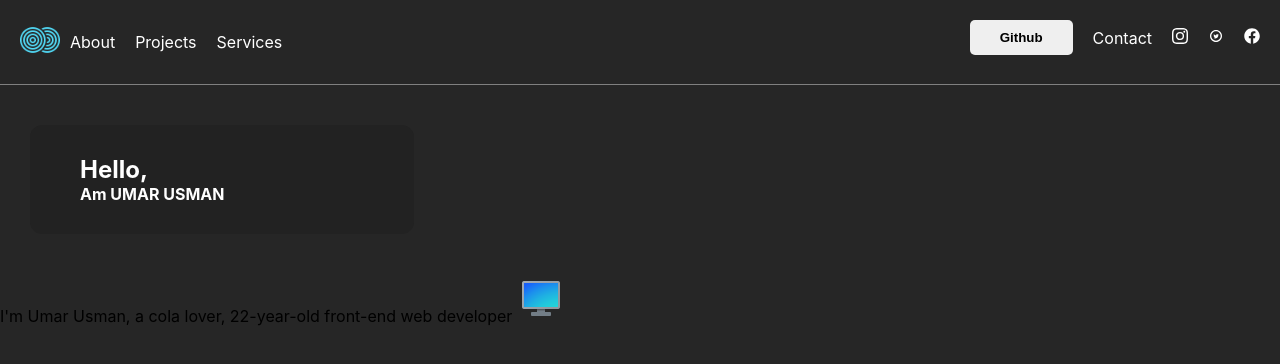
Repository: uh-sman/Portfolio
Page: /
The author's editor kept a copy of each file at every save. The page is drawn from the files as they stood at one save, then again after the next save.
The browser window is 1280 px wide. The pictures show the whole page.
The project was rebuilt for these pictures with package versions that can differ from the ones it lists, and the page was loaded fresh each time. Also part of the build but not shown: src/components/repositories.css, src/components/repositories.js, src/components/RepositoriesCard.jsx, src/components/projects.css, src/components/Projects.jsx, src/components/Services.jsx.

Above is the page before, as saved 2022-11-18 23:41:44.

### src/index.js
import React from "react";
import ReactDOM from "react-dom/client";
import { BrowserRouter } from "react-router-dom";
import "./index.css";
import App from "./App";

const root = ReactDOM.createRoot(document.getElementById("root"));
root.render(
  <BrowserRouter>
    <React.StrictMode>
      <App />
    </React.StrictMode>
  </BrowserRouter>
);

### src/App.js
import "./App.css";
import { Index } from "./components/index";
import { Route, Routes } from "react-router-dom";
import About from "./components/About";
import "animate.css";
import Projects from "./components/Projects";
import Services from "./components/Services";
// import Services from "./components/Services";
function App() {
  return (
    <div className="App">
      <Index />
      <Routes>
        <Route path="/" element={<About />} />
        <Route path="/projects" element={<Projects />} />
        <Route path="/services" element={<Services />} />
      </Routes>
    </div>
  );
}

export default App;

### src/App.css
* {
  margin: 0px;
  padding: 0px;
  box-sizing: border-box;
  text-decoration: none;
  list-style: none;
}
body {
  /* background: rgb(2, 0, 36);
  background: linear-gradient(
    90deg,
    rgba(2, 0, 36, 1) 0%,
    rgba(4, 14, 33, 1) 90%,
    rgba(5, 52, 61, 1) 100%
  ); */
  background: #262626;
}

### src/components/index.js
import React from "react";
import { Navbar } from "./Navbar";
import { Route, Routes } from "react-router-dom";
export const Index = () => {
  return (
    <div>
      <Navbar />
    </div>
  );
};

### src/components/About.jsx
import React from "react";
import monitor from "../assets/monitor.png";
import "./about.css";
import RepositoriesCard from "./RepositoriesCard";
const About = () => {
  return (
    <div>
      <div className="">
        <div className="introduction">
          <h2>Hello,</h2>
          <h4>Am UMAR USMAN</h4>
        </div>
        <div className="about-myself">
          <p>
            I'm Umar Usman, a cola lover, 22-year-old front-end web developer{" "}
            <img src={monitor} />{" "}
          </p>
        </div>
      </div>
    </div>
  );
};

export default About;

### src/components/Navbar.jsx
import React, { useState } from "react";
import { Link } from "react-router-dom";
import logo from "../assets/ico.png";
import "./navbar.css";
import { Profile } from "./Profile";
export const Navbar = () => {
  const [active, isActive] = useState(false);
  // Get the container element
  // const activeLink = document.querySelector("nav-list");
  // const style = {
  //   backgroundColor: "red",
  //   width: "100%",
  //   height: "100%",
  // };
  // Get all buttons with class="btn" inside the container
  // const btnActive = activeLink.getElementsByClassName("btn");
  // Loop through the buttons and add the active class to the current/clicked button
  // for (var i = 0; i < btnActive.length; i++) {
  //   btnActive[i].addEventListener("click", function () {
  //     var currentMode = document.getElementsByClassName("active");
  //     currentMode[0].className = currentMode[0].className.replace("active", "");
  //     this.className += "active";
  //   });
  // }
  // activeLink.addEventListener()
  return (
    <div>
      <nav className="navbar-container">
        <div className="navbar">
          <div className="navbar-nav">
            <div>
              <a>
                <img src={logo} className="logo" />
              </a>
            </div>
            <ul className="nav-list">
              <Link to="/">
                <a href="">About</a>
              </Link>
              <Link to="/projects">
                <a href="">Projects</a>
              </Link>
              <Link to="/services" className="btn">
                <a href="">Services</a>
              </Link>
            </ul>
          </div>
          <div>
            <Profile />
          </div>
        </div>
      </nav>
    </div>
  );
};

### src/components/about.css
.introduction {
  margin: 40px 30px;
  color: white;
  border-radius: 12px;
  display: flex;
  flex-direction: column;
  width: 30%;
  background: #222222;
  padding: 30px 50px;
}
.about-myself {
}

### src/components/navbar.css
.nav-list {
  display: flex;
  align-items: center;
  gap: 20px;
}
.nav-list a {
  color: white;
}
.navbar {
  margin: 20px 20px;
  display: flex;
  justify-content: space-between;
}
.navbar-nav {
  display: flex;
  gap: 10px;
}
.logo {
  width: 40px;
  height: 40px;
  color: white;
}
.navbar-container {
  border-bottom: 0.5px solid gray;
}
/* .btn {
  border: transparent;
  outline: none;
  background: rgba(2, 0, 36, 1) 0%;
} */
/* .active, */
/* .btnSelect:hover {
  border: none;
  border-bottom: 1px solid lightblue;
  cursor: pointer;
} */

@media only screen and (min-width: 200px) and (max-width: 950px) {
  .nav-list {
    display: none;
  }
}

### src/components/Profile.js
import React, { useState } from "react";
import { SiFacebook } from "react-icons/si";
import { FaWhatsapp, FaFacebook, FaRegWindowClose } from "react-icons/fa";
import { TiSocialTwitterCircular } from "react-icons/ti";
import { Link } from "react-router-dom";
import { BsInstagram } from "react-icons/bs";
import burger from "../assets/burger-menu.png";
import close from "../assets/icons8.png";

import "animate.css";
import "./profile.css";
export const Profile = () => {
  const [isActive, setIsActive] = useState(false);

  return (
    <div>
      <div>
        <section className="profile-section ">
          <button className="button">
            <a>Github</a>
          </button>
          <a>Contact</a>
          <a>
            <BsInstagram />
          </a>
          <a>
            <TiSocialTwitterCircular />
          </a>
          <a>
            <FaFacebook />
          </a>
        </section>
        {isActive ? (
          <div className="sidebar-container">
            <div>
              <FaRegWindowClose
                className="close"
                onClick={() => setIsActive(!isActive)}
              />
              {/* <img src={close} /> */}
            </div>
            <section className="sidebar-section ">
              <ul className="links">
                <Link to="/">
                  <a href="">About</a>
                </Link>
                <Link to="/projects">
                  <a href="">Projects</a>
                </Link>
                <Link to="/services">
                  <a href="">Services</a>
                </Link>
                <button className="button">
                  <a className="link">Github</a>
                </button>
                <a>Contact</a>
              </ul>
              <ul className="link-icons">
                <a>
                  <BsInstagram className="instagram" />
                </a>
                <a>
                  <TiSocialTwitterCircular className="twitter" />
                </a>
                <a>
                  <FaFacebook className="facebook" />
                </a>
              </ul>
            </section>
          </div>
        ) : (
          <div>
            <img
              src={burger}
              className="burger-menu"
              onClick={() => setIsActive(!isActive)}
            />
          </div>
        )}
      </div>
    </div>
  );
};

### src/components/profile.css
.profile-section {
  display: flex;
  gap: 20px;
  align-items: center;
  color: white;
}
.links {
  display: flex;
  flex-direction: column;
  /* display: flex; */
  align-items: center;
  gap: 20px;
}
.links a {
  color: white;
}
.sidebar-container {
  display: inline-block;
  /* margin: 0 0.5rem; */
  animation: slideInRight 2s;
  /* animation-duration: 2s; */

  height: 100%;
  width: 40%;
  top: 0px;
  right: 0px;
  background-color: #222222;
  position: absolute;
}
.burger-menu {
  width: 30px;
  height: 30px;
}
.close {
  color: white;
  width: 30px;
  height: 30px;
}
.button {
  padding: 10px 30px;
  box-shadow: gray;
  border: none;
  font-weight: 700;
  border-radius: 5px;
}
.button a {
  color: black;
}
.link-icons {
  margin-top: 20px;
  display: flex;
  align-items: center;
  gap: 10px;
}
.instagram {
  font-size: 20px;
}
.facebook {
  font-size: 20px;
}
.twitter {
  font-size: 30px;
}

@media only screen and (min-width: 200px) and (max-width: 950px) {
  .profile-section {
    display: none;
  }
}
@media only screen and (min-width: 950px) {
  .burger-menu {
    display: none;
  }
}
.sidebar-section {
  margin-top: 40%;
  justify-content: center;
  display: flex;
  flex-direction: column;
  align-items: center;
  color: white;
}
/* animate__slideInRight */

Loaded but not shown: public/index.html (common file); src/index.css (common file)

After the next save:
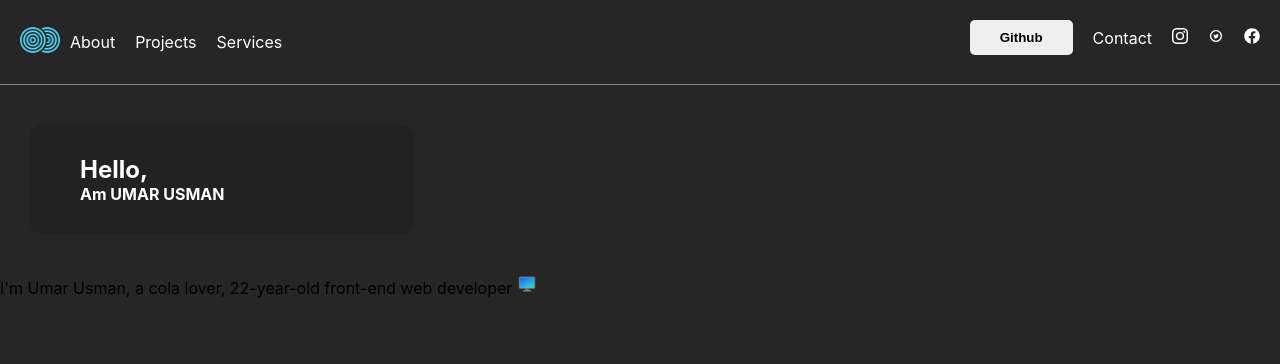
Saved 74 s later.
--- a/src/components/About.jsx
+++ b/src/components/About.jsx
@@ -13,7 +13,7 @@ const About = () => {
         <div className="about-myself">
           <p>
             I'm Umar Usman, a cola lover, 22-year-old front-end web developer{" "}
-            <img src={monitor} />{" "}
+            <img src={monitor} className="computer-image" />{" "}
           </p>
         </div>
       </div>
--- a/src/components/about.css
+++ b/src/components/about.css
@@ -10,3 +10,7 @@
 }
 .about-myself {
 }
+.computer-image {
+  width: 20px;
+  height: 20px;
+}
